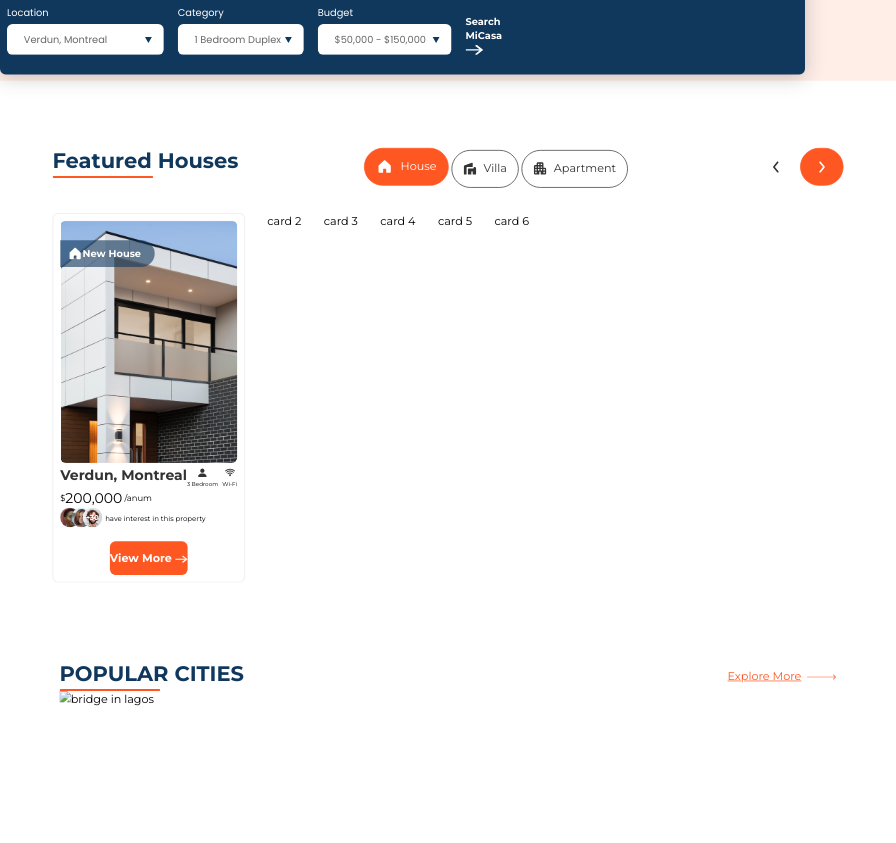
Repository: BenUnyolo/micasa-frontend
Page: index.html
An editor plug-in stored every save of this project. The page is shown before and after the next save, followed by the edit.
The browser window is 1280 px wide. The pictures show the part of the page from y = 835 to 2755 px (the page is 2039 px tall before and 2755 px after), at 70% of full size.

Above is the page before, as saved 2021-10-17 18:13:25.

After the next save:
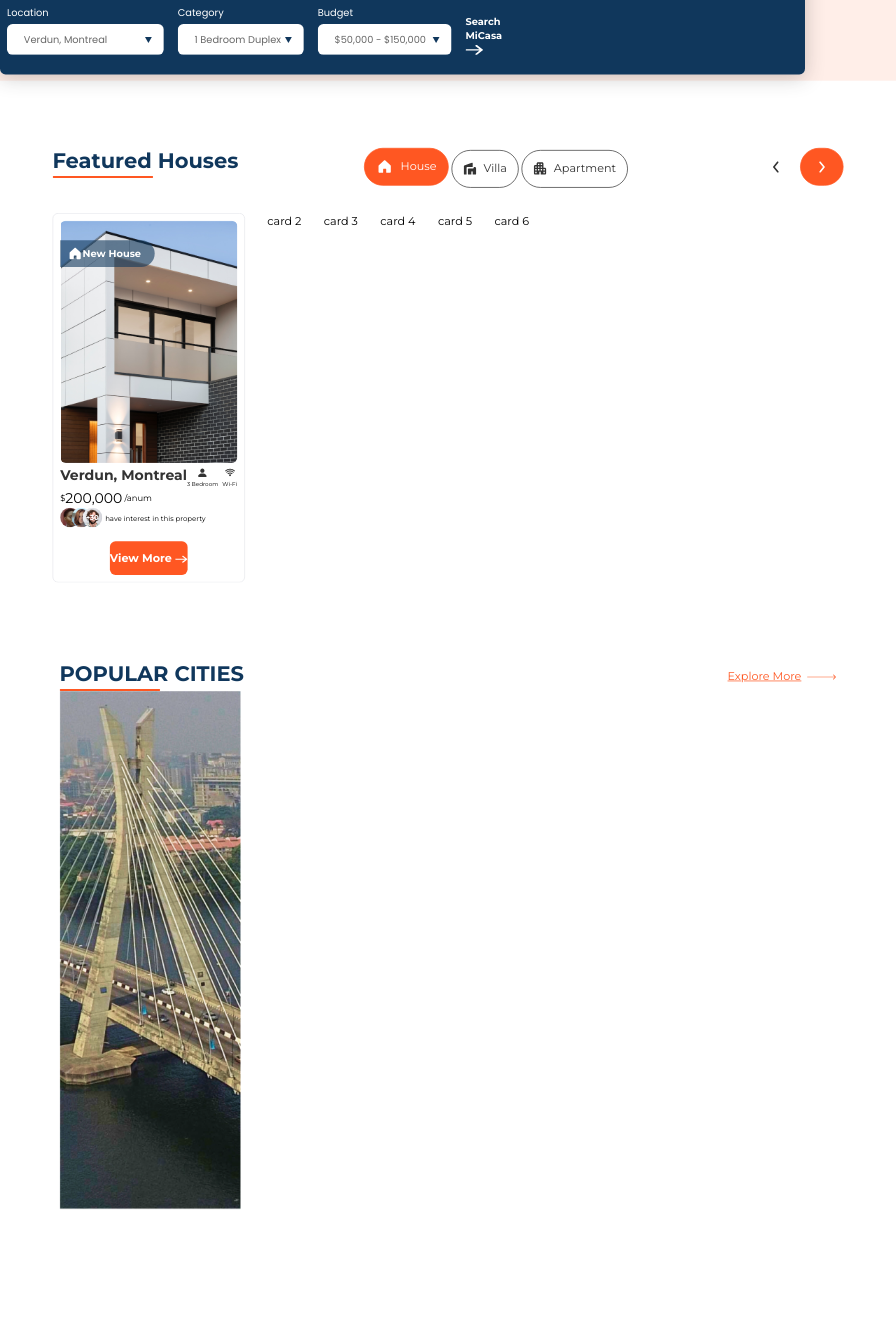
Saved 16 s later.
--- a/index.html
+++ b/index.html
@@ -513,7 +513,10 @@
         <!-- city blocks -->
         <div class="flex -m-4">
           <div class="relative w-1/4 p-4">
-            <img src="" alt="bridge in lagos" />
+            <img
+              src="assets/images/popular_cities/lagos.png"
+              alt="bridge in lagos"
+            />
           </div>
         </div>
       </div>
